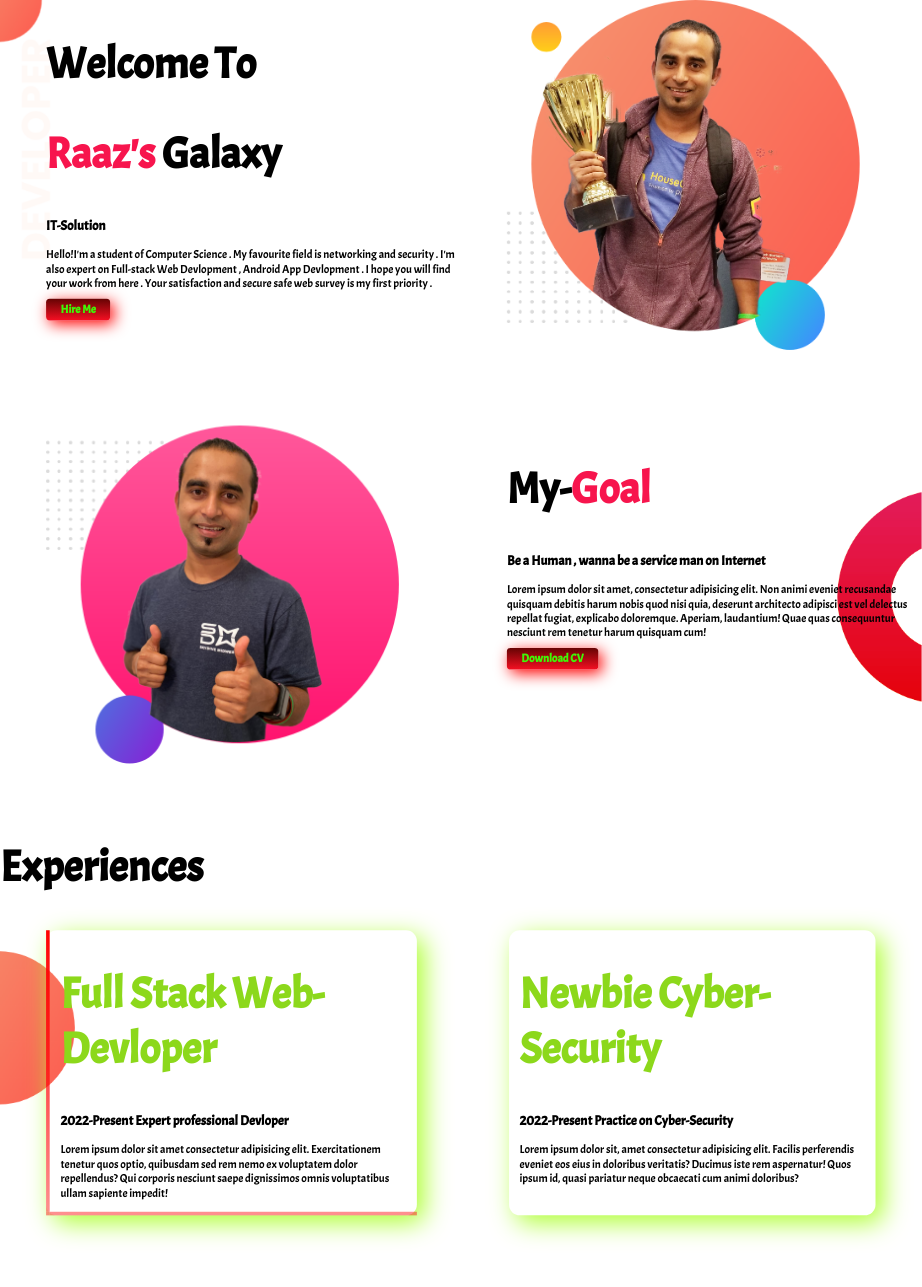
Repository: ramizraaz/my-portfolio
Page: about.html
An editor plug-in stored every save of this project. The page is shown before and after the next save, followed by the edit.
The browser window is 1280 px wide. The pictures show the whole page, at 72% of full size.

Above is the page before, as saved 2022-01-18 16:36:45.

After the next save:
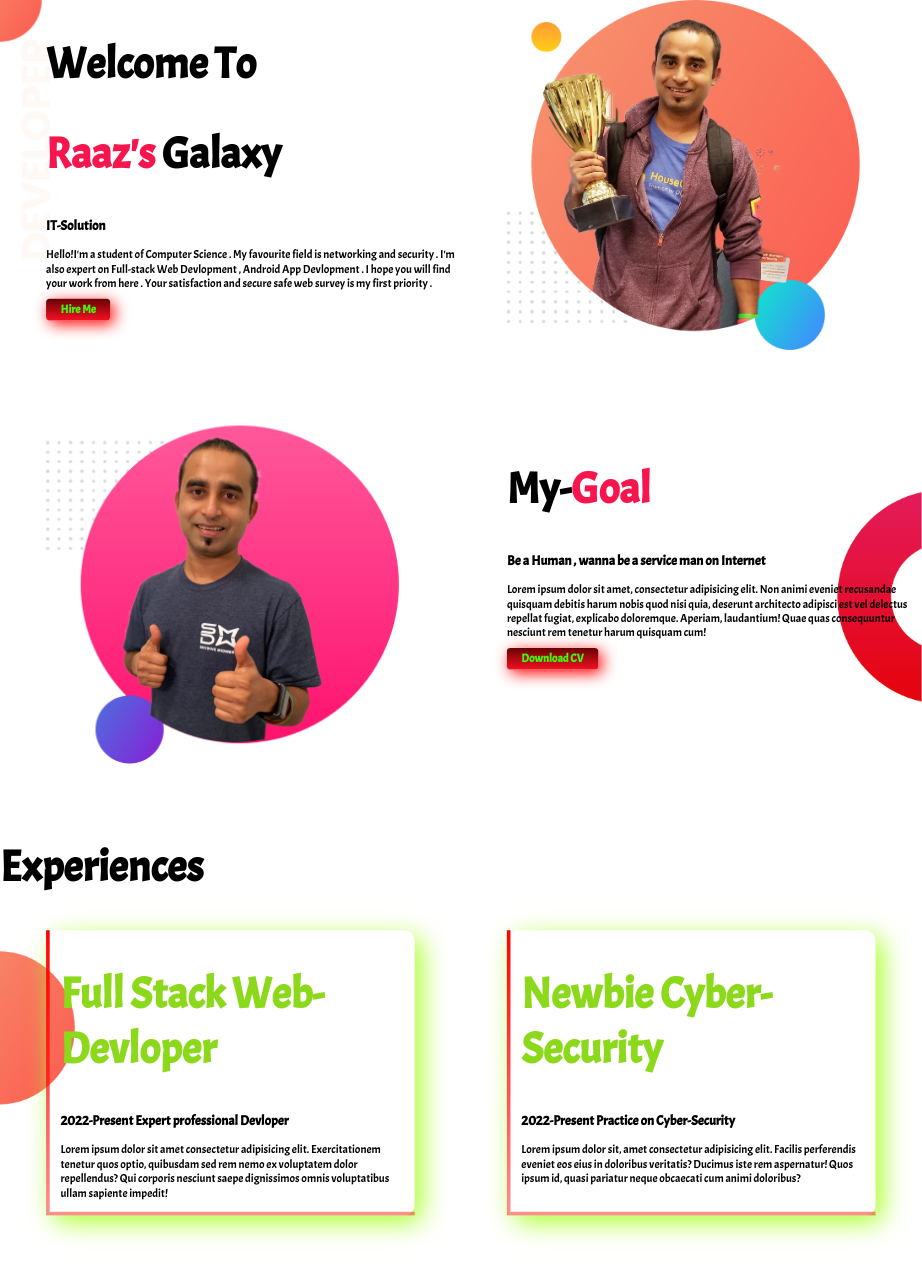
Saved 13 s later.
--- a/design.css
+++ b/design.css
@@ -78,3 +78,10 @@ span {
     border-image: linear-gradient(rgb(255, 1, 1), #fd212181);
     border-image-slice: 1;
 }
+
+#security {
+    border-left: 5px solid;
+    border-bottom: 5px solid;
+    border-image: linear-gradient(rgb(255, 1, 1), #fd212181);
+    border-image-slice: 1;
+}
